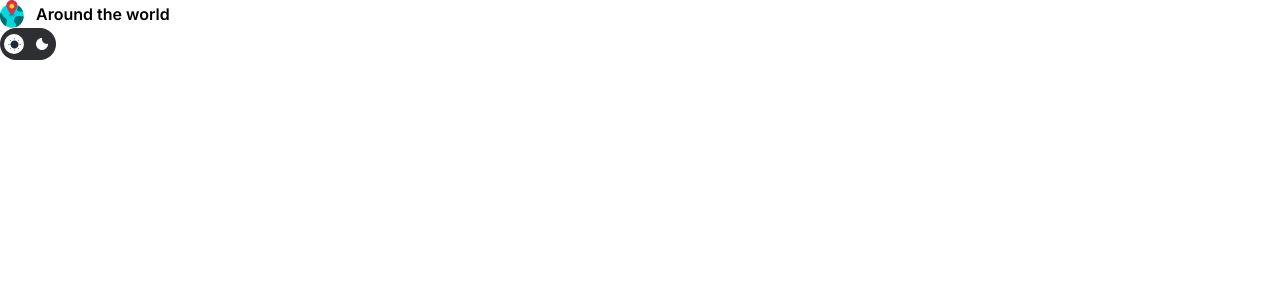
Repository: Baraajad231/Around-the-world
Page: /
The author's editor kept a copy of each file at every save. The page is drawn from the files as they stood at one save, then again after the next save.
The browser window is 1280 px wide. The pictures show the whole page.
The project was rebuilt for these pictures with package versions that can differ from the ones it lists, and the page was loaded fresh each time. Also part of the build but not shown: vite.config.js.

Above is the page before, as saved 2026-03-12 14:11:09.

After the next save:
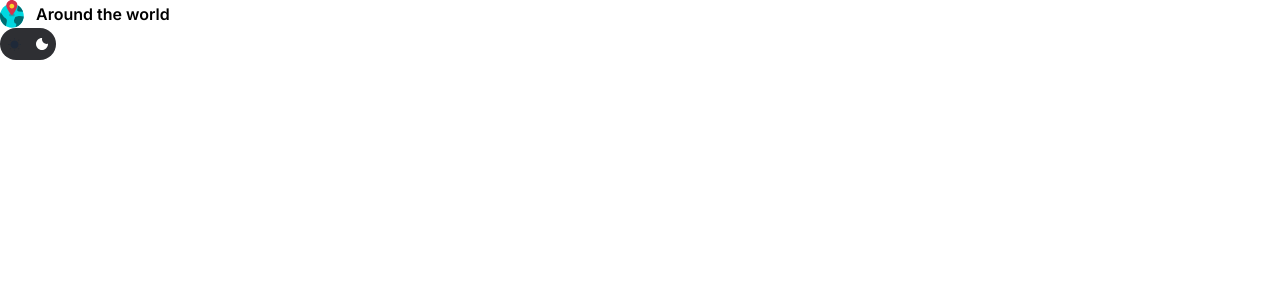
Saved 2 min 19 s later.
--- a/src/components/ThemeSwithcer.jsx
+++ b/src/components/ThemeSwithcer.jsx
@@ -1,10 +1,13 @@
-import { useState } from "react";
+import { useEffect, useState } from "react";
 
 const activeCircleStyles =
   " w-5 h-5 rounded-4xl flex justify-center  items-center ";
 
 const ThemeSwitcher = () => {
   const [theme, setTheme] = useState("light");
+  useEffect(() => {
+    setTheme(localStorage.getItem("theme"));
+  });
 
   const toggleTheme = (theme) => {
     if (theme === "light") {

After the 3 saves that followed:
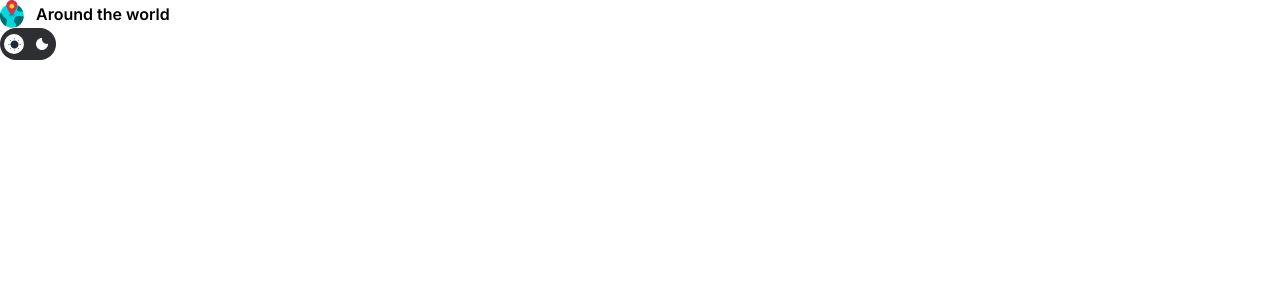
The 3 saves are shown as one change because 2 left the picture as it was.
The last was saved 55 s later.
--- a/src/components/ThemeSwithcer.jsx
+++ b/src/components/ThemeSwithcer.jsx
@@ -4,10 +4,7 @@
   " w-5 h-5 rounded-4xl flex justify-center  items-center ";
 
 const ThemeSwitcher = () => {
-  const [theme, setTheme] = useState("light");
-  useEffect(() => {
-    setTheme(localStorage.getItem("theme"));
-  });
+  const [theme, setTheme] = useState(localStorage.getItem("theme") || "light");
 
   const toggleTheme = (theme) => {
     if (theme === "light") {
